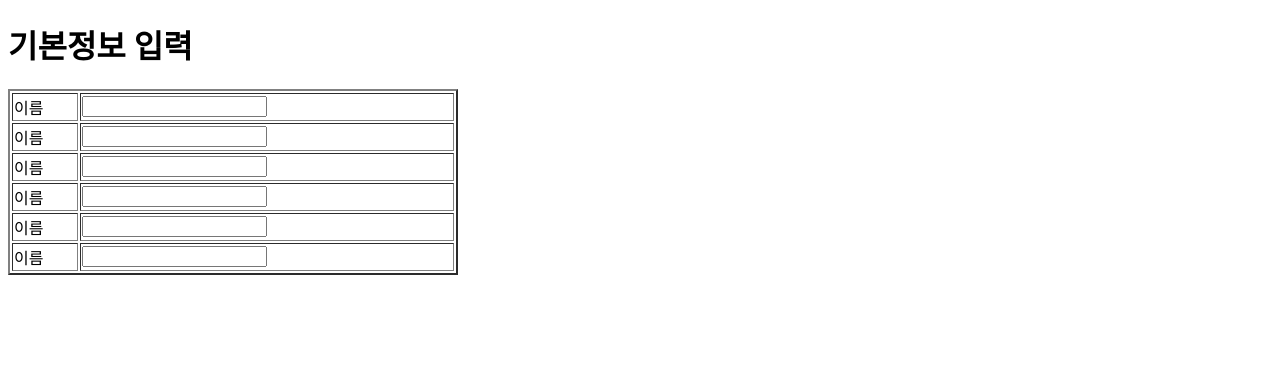
Repository: Cheol-Cheol/KOSA
Page: Kcc_web/Html/WebContent/mission/3.html
These files come from the project's save history. The page is drawn as it stood at one moment and after the next save; the edit follows.
The browser window is 1280 px wide. The pictures show the whole page.

Above is the page before, as saved 2024-07-08 06:21:45.

### Kcc_web/Html/WebContent/mission/3.html
<!DOCTYPE html>
<html>
<head>
<meta charset="UTF-8">
<title>Insert title here</title>
</head>
<body>
	<h1>기본정보 입력</h1>
	<form action="#">
		<table width="450" border="2">
			<tr>
				<td>이름</td>
				<td><input type="text" /></td>
			</tr>
			<tr>
				<td>이름</td>
				<td><input type="text" /></td>
			</tr>
			<tr>
				<td>이름</td>
				<td><input type="text" /></td>
			</tr>
			<tr>
				<td>이름</td>
				<td><input type="text" /></td>
			</tr>
			<tr>
				<td>이름</td>
				<td><input type="text" /></td>
			</tr>
			<tr>
				<td>이름</td>
				<td><input type="text" /></td>
			</tr>

		</table>
	</form>
</body>
</html>

After the next save:
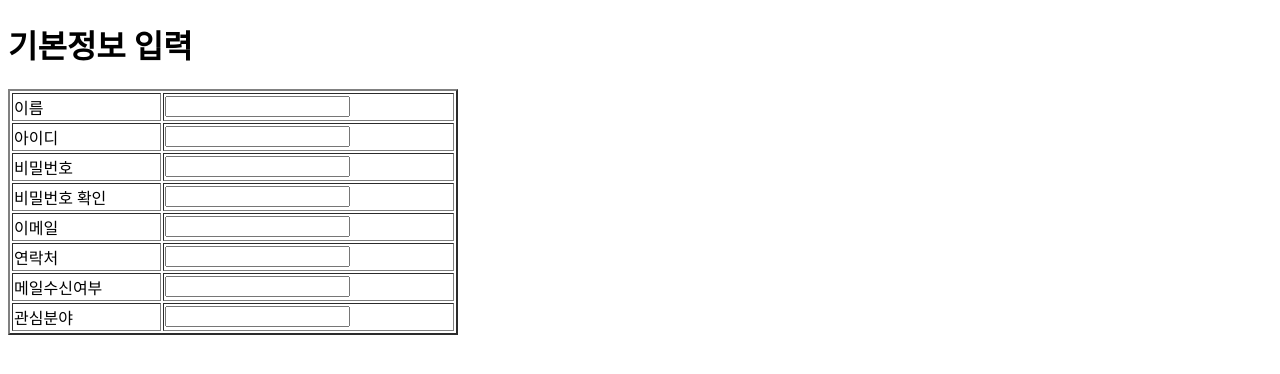
Saved 39 s later.
--- a/Kcc_web/Html/WebContent/mission/3.html
+++ b/Kcc_web/Html/WebContent/mission/3.html
@@ -13,26 +13,33 @@
 				<td><input type="text" /></td>
 			</tr>
 			<tr>
-				<td>이름</td>
+				<td>아이디</td>
 				<td><input type="text" /></td>
 			</tr>
 			<tr>
-				<td>이름</td>
+				<td>비밀번호</td>
 				<td><input type="text" /></td>
 			</tr>
 			<tr>
-				<td>이름</td>
+				<td>비밀번호 확인</td>
 				<td><input type="text" /></td>
 			</tr>
 			<tr>
-				<td>이름</td>
+				<td>이메일</td>
 				<td><input type="text" /></td>
 			</tr>
 			<tr>
-				<td>이름</td>
+				<td>연락처</td>
 				<td><input type="text" /></td>
 			</tr>
-
+			<tr>
+				<td>메일수신여부</td>
+				<td><input type="text" /></td>
+			</tr>
+			<tr>
+				<td>관심분야</td>
+				<td><input type="text" /></td>
+			</tr>
 		</table>
 	</form>
 </body>
